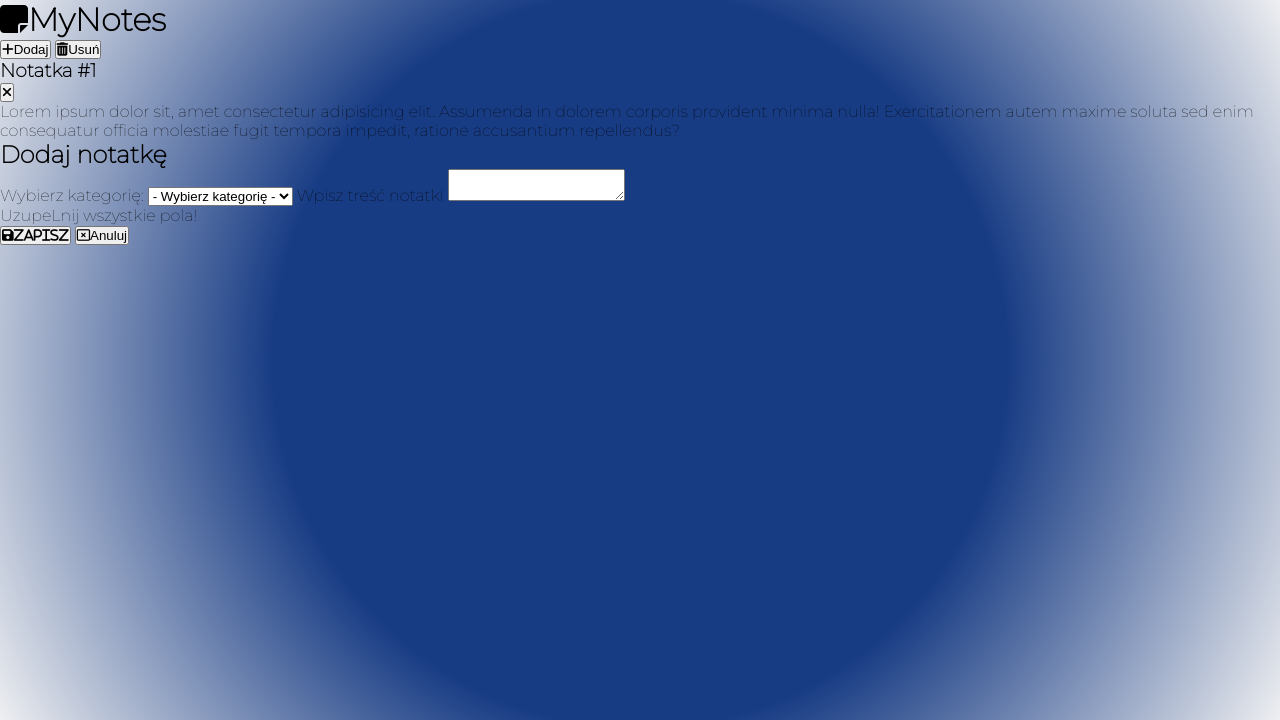
Repository: KrzysKolo/Projekt-7_Notes
Page: js/index.html
The author's editor kept a copy of each file at every save. The page is drawn from the files as they stood at one save, then again after the next save.
The browser window is 1280 px wide. The pictures show the whole page.
Some web libraries are served in a nearby version.

Above is the page before, as saved 2020-07-07 13:34:04.
Console error: SyntaxError: Unexpected token '<'

After the next save:
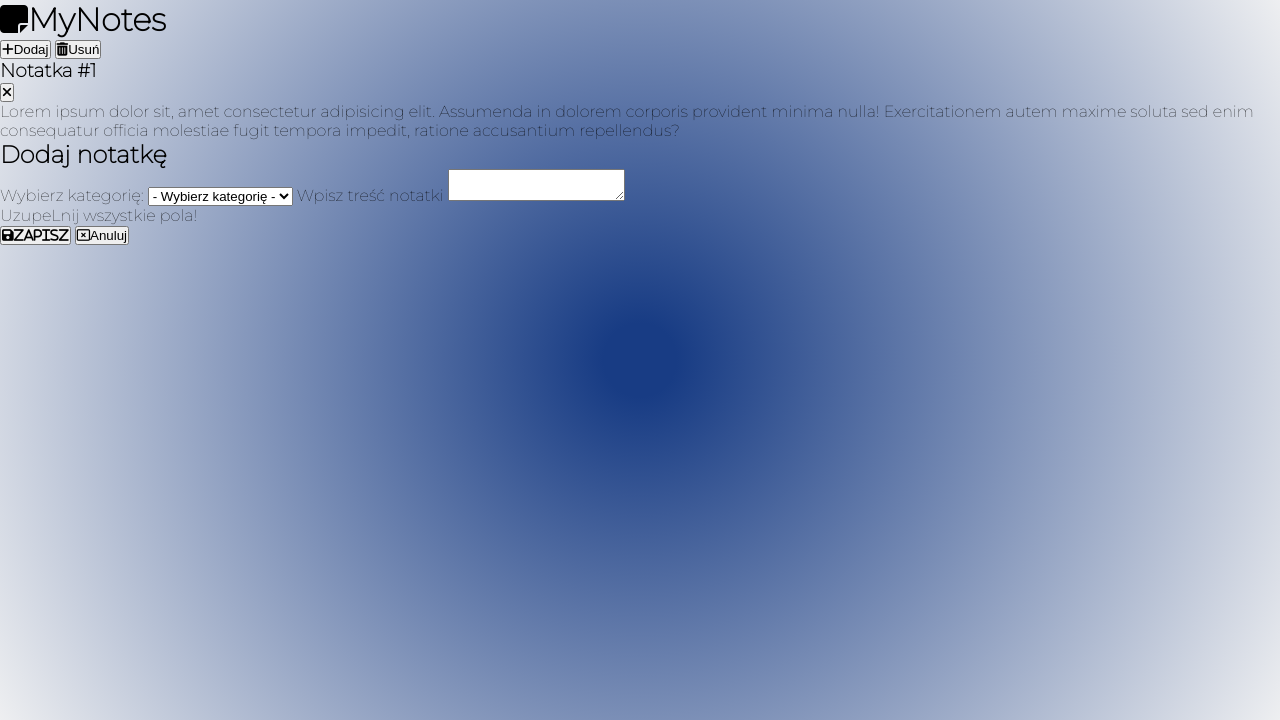
Saved 14 s later.
--- a/css/style.css
+++ b/css/style.css
@@ -8,7 +8,7 @@ body {
   font-family: "Montserrat", sans-serif;
   background-image: radial-gradient(
     circle,
-    rgba(24, 60, 132, 1) 50%,
+    rgba(24, 60, 132, 1) 5%,
     rgba(238, 239, 241, 1) 100%
   );
 }
